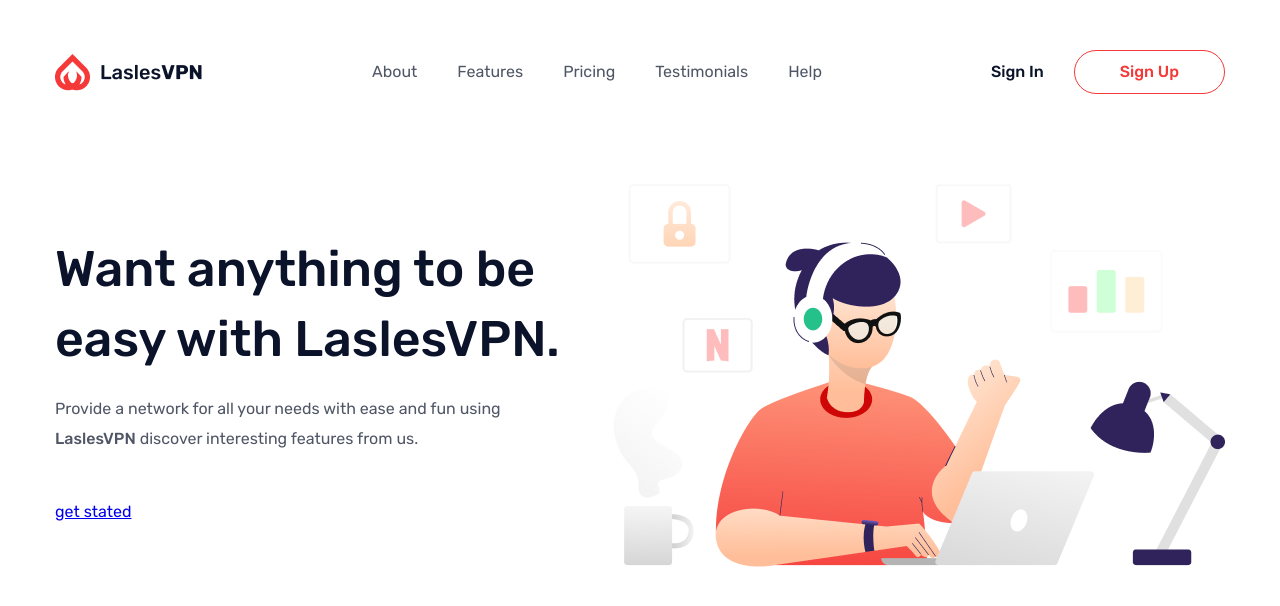
Repository: longvuht/lasles-VPN-vu
Page: index.html
The author's editor kept a copy of each file at every save. The page is drawn from the files as they stood at one save, then again after the next save.
The browser window is 1280 px wide. The pictures show the whole page.
The style sheet was rebuilt from its Sass, Less or Tailwind sources for each picture, by a compiler version that may differ from the author's.

Above is the page before, as saved 2022-09-10 16:25:08.

### index.html
<!DOCTYPE html>
<html lang="en">
  <head>
    <meta charset="UTF-8" />
    <meta name="viewport" content="width=device-width, initial-scale=1.0" />
    <title>lasles vpn vu</title>
    <link rel="preconnect" href="https://fonts.googleapis.com" />
    <link rel="preconnect" href="https://fonts.gstatic.com" crossorigin />
    <link
      href="https://fonts.googleapis.com/css2?family=Rubik:wght@400;500;700&display=swap"
      rel="stylesheet"
    />
    <link rel="stylesheet" href="./css/style.css" />
  </head>
  <body>
    <div class="wrapper">
      <header class="header">
        <div class="container">
          <div class="header-container">
            <img
              src="./img/header-logo.png"
              alt="header logo"
              class="header-logo"
            />
            <ul class="menu">
              <li class="menu-item">
                <a href="#" class="menu-link">About</a>
              </li>
              <li class="menu-item">
                <a href="#" class="menu-link">Features</a>
              </li>
              <li class="menu-item">
                <a href="#" class="menu-link">Pricing</a>
              </li>
              <li class="menu-item">
                <a href="#" class="menu-link">Testimonials</a>
              </li>
              <li class="menu-item">
                <a href="#" class="menu-link">Help</a>
              </li>
            </ul>
            <div class="header-auth">
              <a href="#none" class="header-signin">sign in</a>
              <a href="#none" class="header-signup">sign up</a>
            </div>
          </div>
        </div>
      </header>
      <main>
        <section class="hero">
          <div class="container">
            <div class="hero-container">
              <div class="hero-content">
                <h1 class="hero-heading">
                  Want anything to be easy with <strong>LaslesVPN.</strong>
                </h1>
                <p class="hero-desc">
                  Provide a network for all your needs with ease and fun using
                  <strong>LaslesVPN</strong> discover interesting features from
                  us.
                </p>
                <a href="#" class="button button--primary">get stated</a>
              </div>
              <div class="hero-image">
                <img src="./img/hero-img.png" alt="hero image" />
              </div>
            </div>
          </div>
        </section>
      </main>
    </div>
  </body>
</html>

### sass/app.scss
@import "reset";
@import "variables";
@import "global";
@import "header";
@import "hero";

### sass/_variables.scss
$font: "Rubik", sans-serif;
$text-color: #4f5665;
$heading-color: #0b132a;
$primary-color: #f53838;
$grey-color: #dde0e4;

### sass/_global.scss
.wrapper {
  max-width: 1440px;
  margin: 0 auto;
}
.container {
  max-width: 1170px;
  margin: 0 auto;
  padding: 0 15px;
}

body {
  line-height: 1;
  font-family: $font;
  color: $text-color;
  font-size: 16px;
  font-weight: 400;
}

### sass/_header.scss
.header {
  padding-top: 50px;
  padding-bottom: 90px;
  &-container {
    display: flex;
    justify-content: space-between;
    align-items: center;
  }
  &-auth {
    display: flex;
    align-items: center;
    gap: 0 30px;
    text-transform: capitalize;
  }
  &-signin {
    font-weight: 500;
    color: $heading-color;
    text-decoration: none;
  }
  &-signup {
    padding: 13px 45px;
    border-radius: 100rem;
    color: $primary-color;
    border: 1px solid;
    font-weight: 500;
    text-decoration: none;
  }
}

.menu {
  list-style: none;
  display: flex;
  align-items: center;
  gap: 0 40px;
  &-link {
    color: inherit;
    text-decoration: none;
  }
}

### sass/_hero.scss
.hero {
  &-container {
    display: flex;
    justify-content: space-between;
    align-items: center;
    gap: 0 40px;
  }
  &-content {
    width: 100%;
    max-width: 555px;
  }

  &-heading {
    font-size: 50px;
    font-weight: 500;
    margin-bottom: 20px;
    line-height: calc(70 / 50);
    color: $heading-color;
  }
  &-desc {
    line-height: calc(30 / 16);
    margin-bottom: 50px;
    & strong {
      font-weight: 500;
    }
  }
}

Loaded but not shown: sass/_reset.scss (common file)

After the next save:
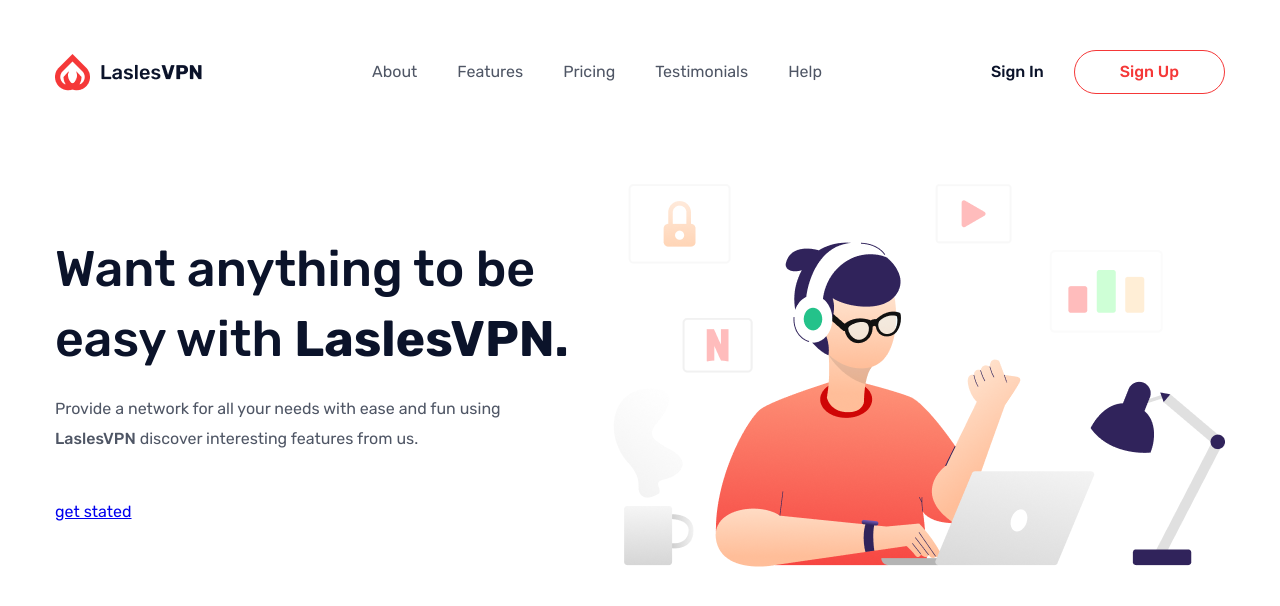
Saved 31 s later.
--- a/sass/_hero.scss
+++ b/sass/_hero.scss
@@ -16,6 +16,9 @@
     margin-bottom: 20px;
     line-height: calc(70 / 50);
     color: $heading-color;
+    & strong {
+      font-weight: 700;
+    }
   }
   &-desc {
     line-height: calc(30 / 16);
